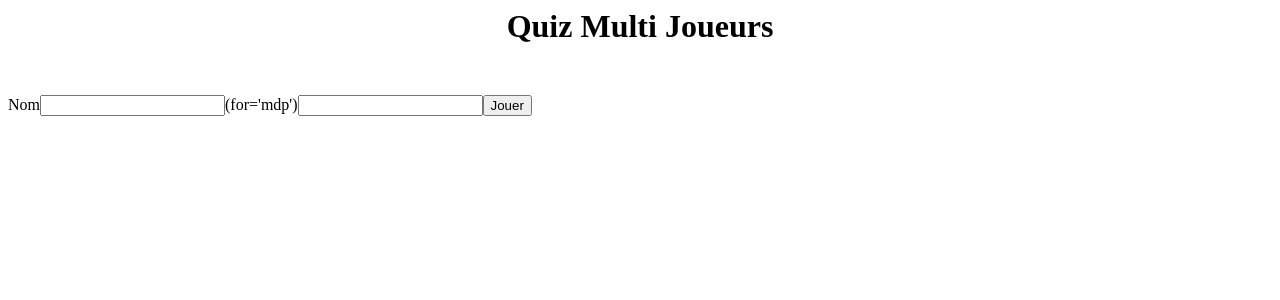
Repository: Serge-D/jeu_mj
Page: http://localhost/
An editor plug-in stored every save of this project. The page is shown before and after a run of saves, followed by the edit.
The browser window is 1280 px wide. The pictures show the whole page.
The page is served by the project's Node server (server.js).

Above is the page before, as saved 2020-02-06 13:54:53.

After the next 2 saves:
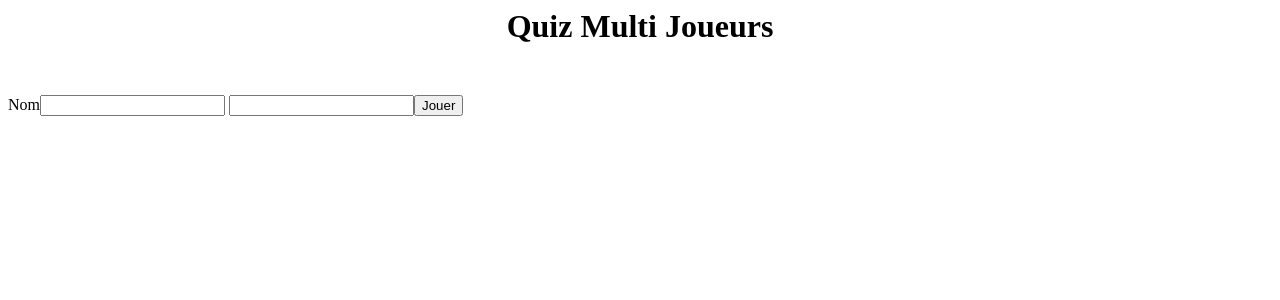
The 2 saves are shown as one change because they came seconds apart.
The last was saved 7 s later.
--- a/views/home.pug
+++ b/views/home.pug
@@ -6,6 +6,6 @@ include includes/head.pug
 form(action='' method='get')
     label(for='name') Nom
     input#nameJ1(type='text' name='name')
-    label (for='mdp')
+    label(for='mdp')
     input#mdp(type='password' name= 'mdp')
     input(type='submit' value='Jouer')
